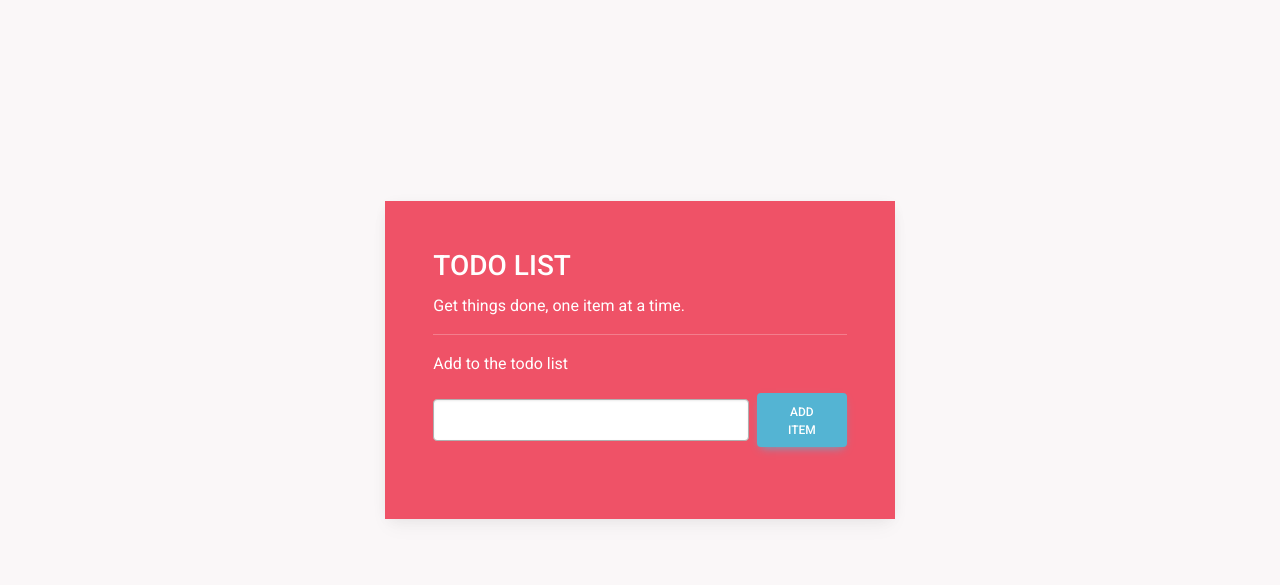
Repository: TinhTT336/MD02_HACKATHON01_HN_JV230620_BS_TranThiTinh_Basic
Page: /
These files come from the project's save history. The page is drawn as it stood at one moment and after the next save; the edit follows.
The browser window is 1280 px wide. The pictures show the whole page.
Some web libraries are served in a nearby version. The project was rebuilt for these pictures with package versions that can differ from the ones it lists, and the page was loaded fresh each time. Also part of the build but not shown: vite.config.js, src/App.css.

Above is the page before, as saved 2023-09-05 11:29:29.

After the next save:
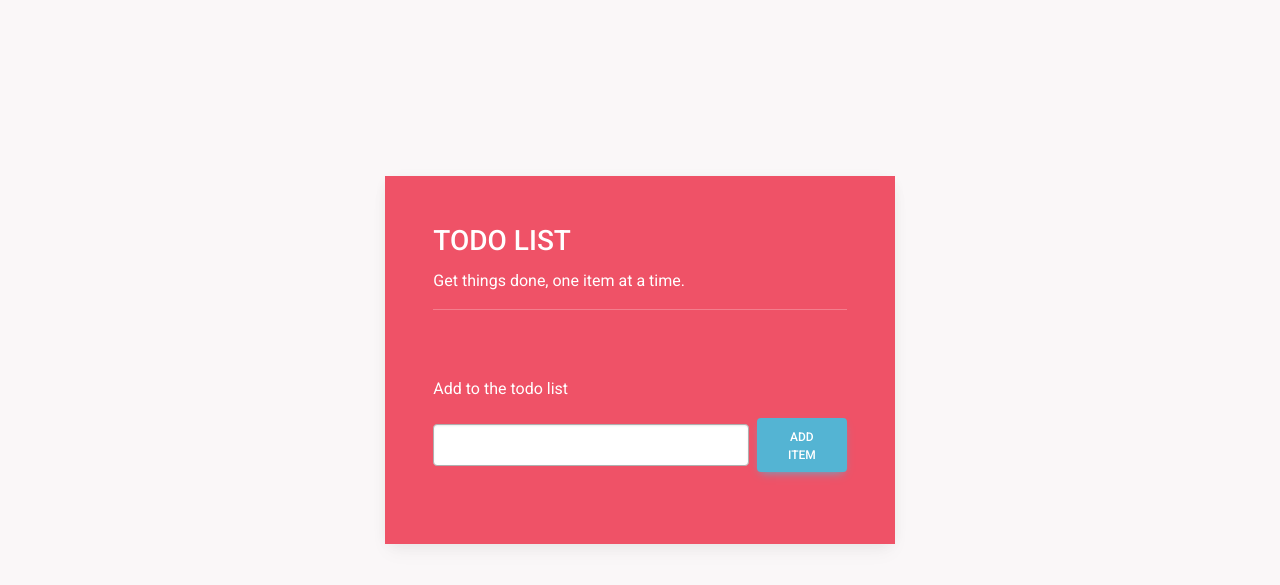
Saved 33 s later.
--- a/src/TodoList/todoList.jsx
+++ b/src/TodoList/todoList.jsx
@@ -106,7 +106,7 @@ export default function TodoList() {
                                                 ))}
                                             </ul>
                                             <div className="tab-content">
-                                                <p>Add to the todo list</p>
+                                                <p style={{ marginTop: 50 }}>Add to the todo list</p>
                                                 <form onSubmit={handleSubmit}
                                                     className="d-flex justify-content-center
                               align-items-center mb-4"
